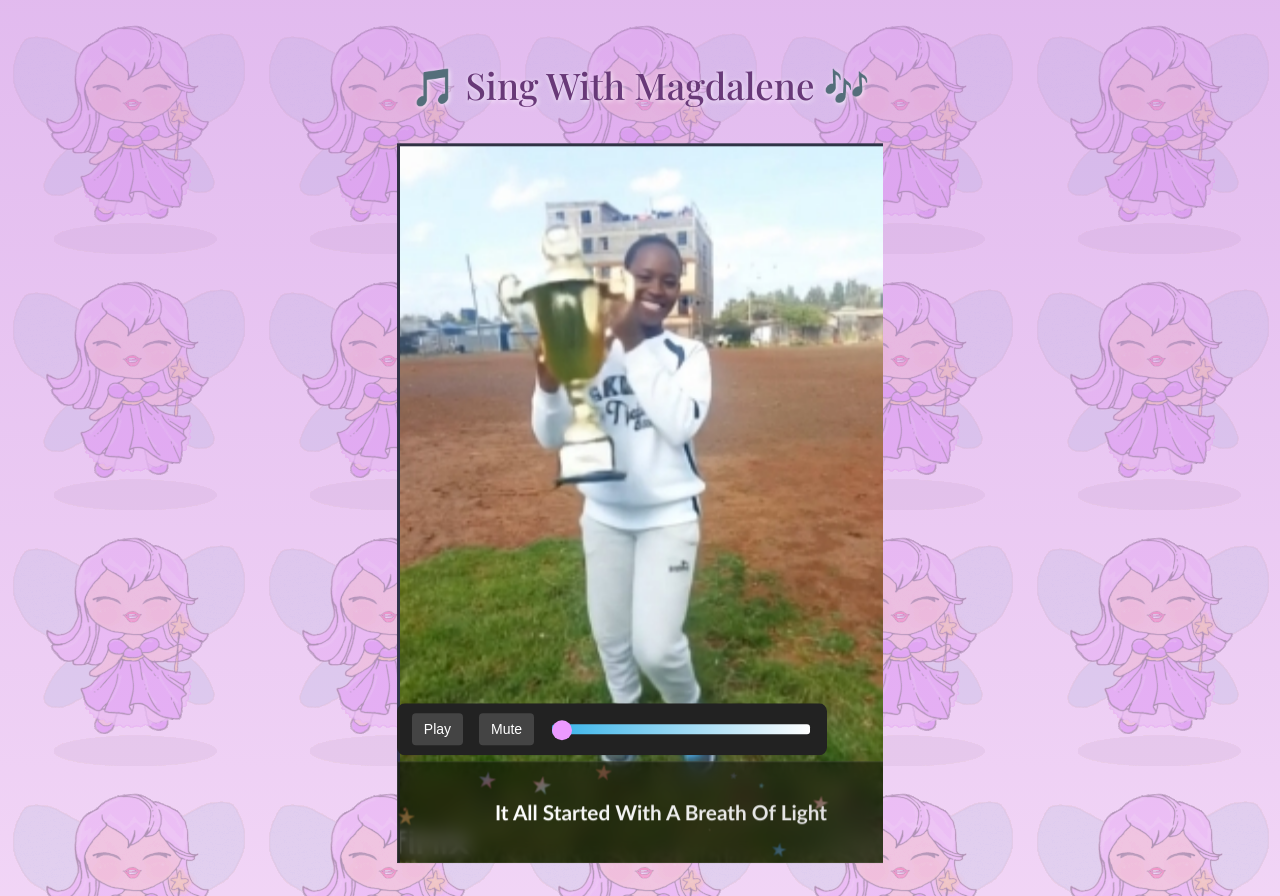
Repository: VladimirGagarin/Meg
Page: /song/beginning
The author's editor kept a copy of each file at every save. The page is drawn from the files as they stood at one save, then again after the next save.
The browser window is 1280 px wide. The pictures show the whole page.
The project was rebuilt for these pictures with package versions that can differ from the ones it lists, and the page was loaded fresh each time. Also part of the build but not shown: vite.config.js, src/components/SongCard.css, src/components/SongCard.jsx, src/pages/HomeScreen.css, src/pages/HomeScreen.jsx. Imported but missing from the stored project, and not drawn on this page: src/assets/audios/IamMagdalene.mp3, src/assets/audios/The beginning.mp3, src/assets/audios/meg.mp3.

Above is the page before, as saved 2025-07-07 13:48:25.

After the next save:
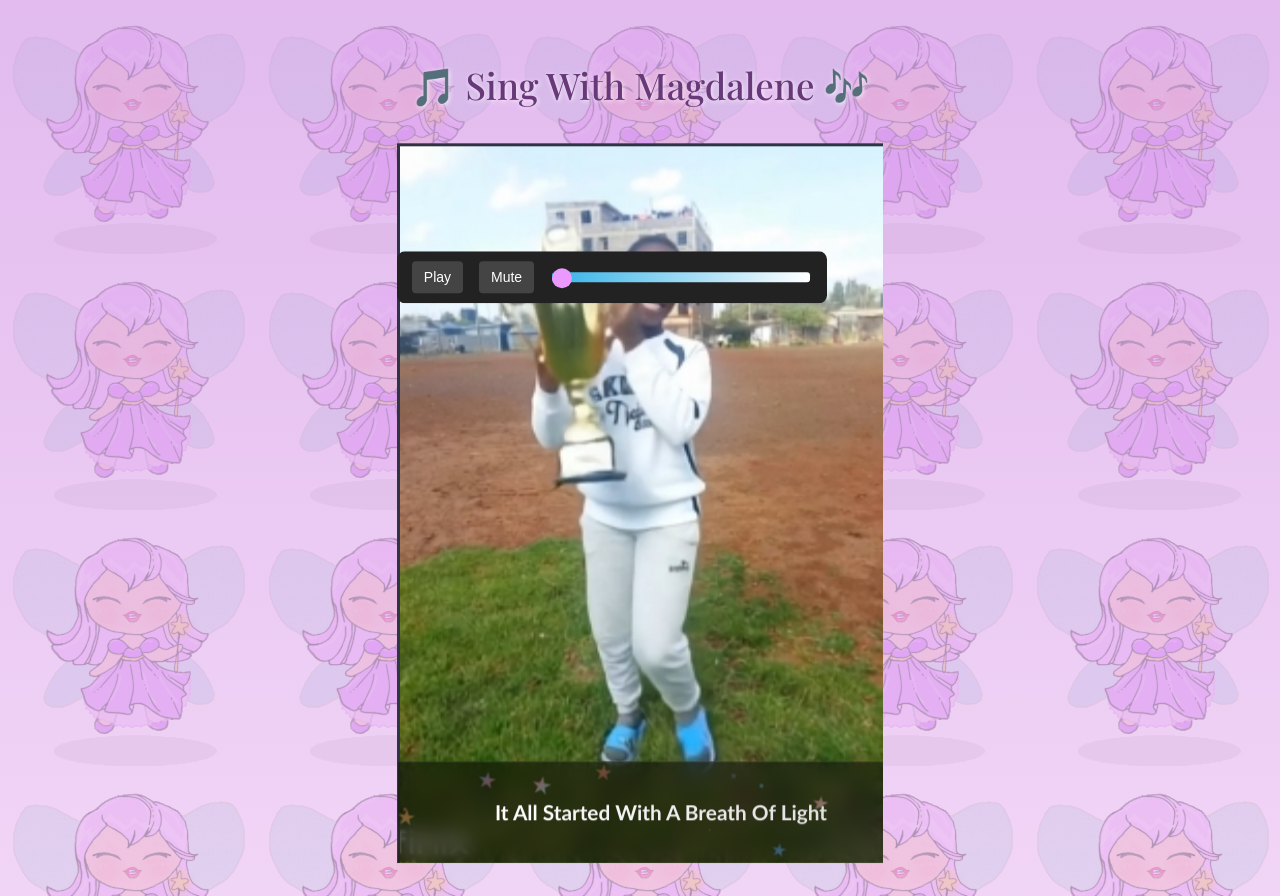
Saved 19 s later.
--- a/src/components/Controls.jsx
+++ b/src/components/Controls.jsx
@@ -104,7 +104,7 @@
     fontFamily: "'Segoe UI', Tahoma, Geneva, Verdana, sans-serif",
         position: "absolute",
         zIndex: 3,
-        bottom: "15%",
+        top: "15%",
         left: 0,
         right: 0,
 
